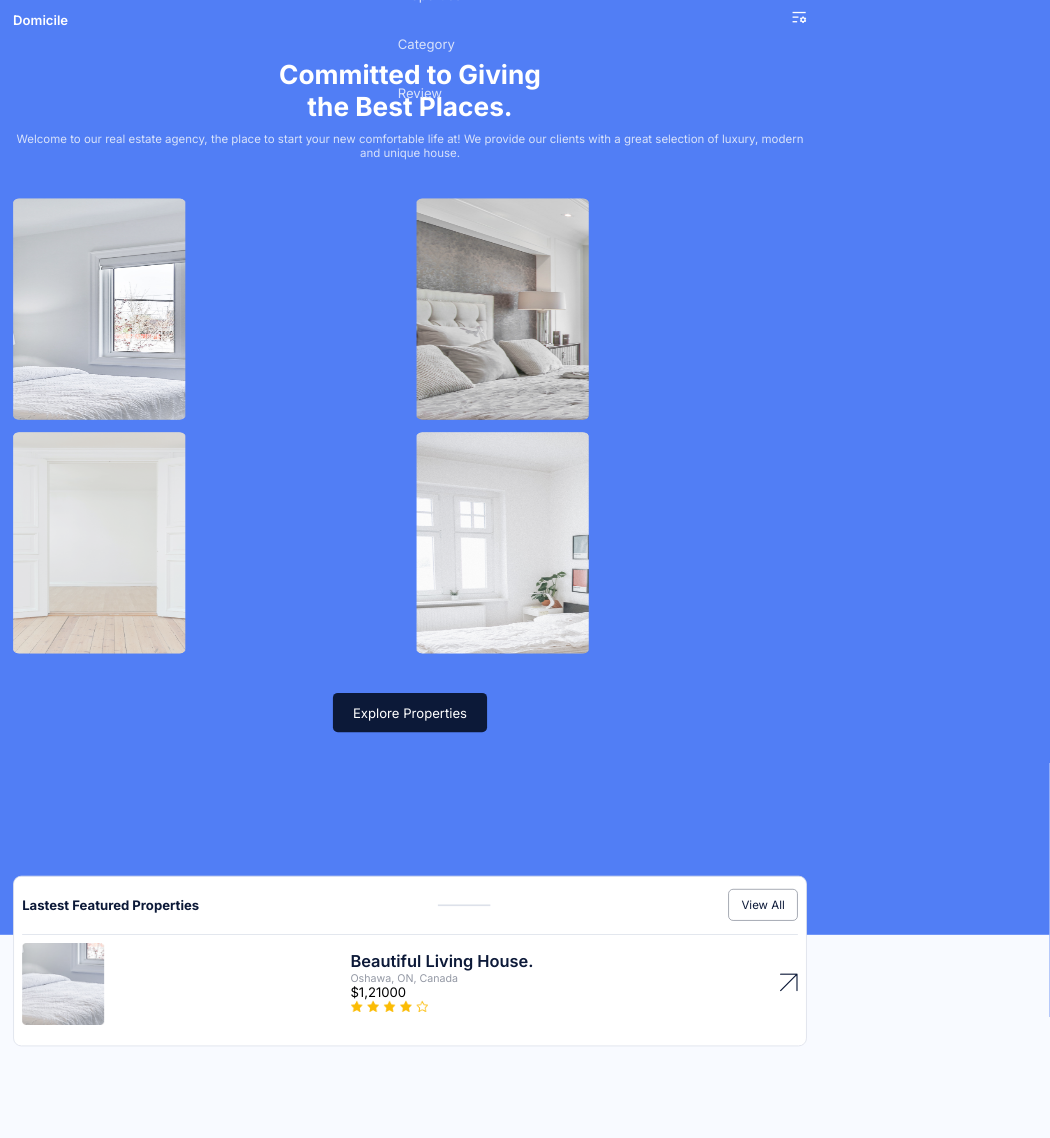
Repository: haokiet2501/domicile-real-estate
Page: index.html
These files come from the project's save history. The page is drawn as it stood at one moment and after the next save; the edit follows.
The browser window is 1280 px wide. The pictures show the whole page, at 82% of full size.
The style sheet was rebuilt from its Sass, Less or Tailwind sources for each picture, by a compiler version that may differ from the author's.

Above is the page before, as saved 2022-06-11 16:22:31.

### index.html
<!DOCTYPE html>
<html lang="en">
<head>
    <meta charset="UTF-8">
    <meta http-equiv="X-UA-Compatible" content="IE=edge">
    <meta name="viewport" content="width=device-width, initial-scale=1.0">
    <link href="https://cdn.jsdelivr.net/npm/remixicon@2.5.0/fonts/remixicon.css" rel="stylesheet">
    <link rel="stylesheet" href="sass/css/styles.css">
    <title>Real Estate Website - Domicile</title>
</head>
<body>
    <header class="header" id="header">
        <nav class="nav container">
            <a href="#" class="nav__logo">Domicile</a>

            <div class="nav__menu" id="nav-menu">
                <ul class="nav__list">
                    <li class="nav__item">
                        <a href="#" class="nav__link active-link">Home</a>
                    </li>
                    <li class="nav__item">
                        <a href="#" class="nav__link">Properties</a>
                    </li>
                    <li class="nav__item">
                        <a href="#" class="nav__link">Category</a>
                    </li>
                    <li class="nav__item">
                        <a href="#" class="nav__link">Review</a>
                    </li>
                </ul>

                <i class="ri-close-line nav__close" id="nav-close"></i>
            </div>

            <div class="nav__toggle" id="nav-toggle">
                <i class="ri-list-settings-line"></i>
            </div>
        </nav>
    </header>

    <main class="main">
        <section class="home section" id="home">
            <div class="home__container container grid">
                <div class="home__data">
                    <h1 class="home__data-subtitle">
                        Committed to Giving<br>the Best Places.
                    </h1>
                    <p class="home__data-title">
                        Welcome to our real estate agency, the place to start your new comfortable life at! We provide our clients with a great selection of luxury, modern and unique house.
                    </p>
                </div>

                <div class="home__images">
                    <img src="imgs/hero-one.png" alt="">
                    <img src="imgs/hero-two.png" alt="">
                    <img src="imgs/hero-three.png" alt="">
                    <img src="imgs/hero-four.png" alt="">
                </div>

                <div class="home__button">
                    <a href="#" class="button">Explore Properties</a>
                </div>
            </div>
        </section>

        <section class="futured" id="futured">
            <div class="futured__container container">
                <div class="futured__properties">
                    <div class="futured__properties-content">
                        Lastest Featured Properties
                    </div>
                    <div class="futured__properties-line"></div>
                    <div class="futured__properties-button">View All</div>
                </div>

                <div class="futured__card">
                    <img class="futured__card-img" src="imgs/future.png" alt="">
                    <div class="futured__card-layouts">
                        <div class="futured__card-text">
                            <span>Beautiful Living House.</span>
                            <p>Oshawa, ON, Canada</p>
                        </div>
                        <div class="futured__card-price">
                            <p>$1,21000</p>
                            <img src="imgs/rating.png" alt="">
                        </div>
                    </div>
                    <div class="futured__card-btnfutured">
                        <svg width="22" height="22" viewBox="0 0 22 22" fill="none" xmlns="http://www.w3.org/2000/svg">
                            <path d="M1 21L21 1M21 1H1M21 1V21" stroke="#0C1938" stroke-width="1.5" stroke-linecap="round" stroke-linejoin="round"/>
                        </svg>
                    </div>
                </div>
            </div>
        </section>
    </main>
    <script src="app.js"></script>
</body>
</html>

### app.js
// Show Menu
const navMenu = document.getElementById('nav-menu'),
    navToggle = document.getElementById('nav-toggle'),
    navClose = document.getElementById('nav-close');

if (navToggle) {
    navToggle.addEventListener('click', () => {
        navMenu.classList.add('show-menu');
    });
}

if(navClose) {
    navClose.addEventListener('click', () => {
        navMenu.classList.remove('show-menu');
    })
}

### sass/styles.scss
@import './base/base';
@import './main/main';

### sass/base/_base.scss
@import url('https://fonts.googleapis.com/css2?family=Inter:wght@400;500;600;700;800;900&display=swap');

* {
    margin: 0;
    padding: 0;
    box-sizing: border-box;
}

html {
    scroll-behavior: smooth;
}

body {
    font-family: 'Inter', sans-serif;
    font-style: normal;
    background: var(--color-main);
}

ul {
    list-style: none;
}

a {
    text-decoration: none;
}

img {
    max-width: 100%;
    height: auto;
}

button, input {
    border: none;
    outline: none;
}

:root {
    --header-height: 3rem;

    --color-main: #F8FAFF;
    --color-bg-header: #517EF5;
    --white-color: #FFFFFF;
    --color-nav: #D8E2FA;
    --color-footer: #0E1935;
    --color-btn: #0C1938;
    --color-title: #9398A4;

    --biggest-font-size: 2.5rem;
    --medium-font-size: 2rem;
    --h1-font-size: 1.5rem;
    --h2-font-size: 1.25rem;
    --h3-font-size: 1rem;
    --normal-font-size: 0.938rem;
    --small-font-size: 0.813rem;
    --smaller-font-size: 0.75rem;

    --font-smaller: 400;
    --font-medium: 500;
    --font-semi-bold: 600;
    --font-semi-big: 700;

     /* Margin Bottom */
    --mb-0-25: 0.25rem;
    --mb-0-5: 0.5rem;
    --mb-0-75: 0.75rem;
    --mb-1: 1rem;
    --mb-1-25: 1.25rem;
    --mb-1-5: 1.5rem;
    --mb-2: 2rem;
    --mb-2-5: 2.5rem;

    --scale-hover: scale(.98);
}

@media screen and (min-width: 968px) {
    :root {
        --biggest-font-size: 4rem;
        --h1-font-size: 2.25rem;
        --h2-font-size: 1.75rem;
        --h3-font-size: 1.25rem;
        --normal-font-size: 1rem;
        --small-font-size: 0.875rem;
        --smaller-font-size: 0.813rem;
    }
}

### sass/main/_main.scss
.header {
    width: 100%;
    position: fixed;
    top: 0;
    left: 0;
    z-index: 100;
    background-color: var(--color-bg-header);
}

.main {
    overflow-x: hidden;
}

.container {
    max-width: 968px;
    margin-left: var(--mb-1);
    margin-right: var(--mb-1);
}

.grid {
    display: grid;
    gap: 1.5rem;
}

.section {
    padding: 4.5rem 0 2.5rem;
}

// NAV
.nav {
    display: flex;
    justify-content: space-between;
    align-items: center;
    height: var(--header-height);

    &__logo,
    &__toggle{
        color: var(--white-color);
    }

    &__logo {
        font-weight: var(--font-semi-bold);
    }

    &__toggle{
        font-size: 1.2rem;
        cursor: pointer;
    }

    &__menu {
        position: relative;

        @media screen and (max-width: 767px){
            position: fixed;
            background-color: var(--color-footer);
            top: 0;
            right: -100%;
            width: 70%;
            height: 100%;
            box-shadow: -1px 0 4px rgba(0, 0, 0, .15);
            padding: 3rem;
            transition: .4s;
        }
    }

    &__list {
        display: flex;
        flex-direction: column;
        row-gap: 2.5rem;
    }

    &__link {
        font-weight: var(--font-smaller);
        color: var(--color-nav);

        &:hover {
            color: var(--white-color);
            transform: var(--scale-hover);
        }
    }

    &__close {
        position: absolute;
        top: .75rem;
        right: 1rem;
        font-size: 1.5rem;
        color: var(--white-color);
        cursor: pointer;
    }
}

// Show menu
.show-menu {
    right: 0;
}

.home {
    background-color: var(--color-bg-header);
    height: calc(165vh - var(--header-height));
    &__container {
        row-gap: 3rem;
    }

    &__data {
        text-align: center;

        &-subtitle {
            color: var(--white-color);
            font-size: var(--medium-font-size);
            font-weight: var(--font-semi-big);
            margin-bottom: 10px;
        }
        &-title {
            color: var(--color-nav);
            font-weight: var(--font-smaller);
            font-size: var(--small-font-size);
        }
    }

    &__images {
        display: grid;
        gap: 15px;
        grid-template-columns: repeat(2, 1fr);

        img {
            width: 210px;
            height: 270px;
            transition: .3s ease-out;

            &:hover {
                transform: var(--scale-hover);
                transition: .3s ease-out;
            }
        }
    }

    &__button {
        display: flex;
        justify-content: center;
        align-items: center;

        .button {
            padding: 14px 24px;
            background-color: var(--color-btn);
            color: var(--white-color);
            border-radius: 6px;
            font-size: var(--normal-font-size);
            transition: .3s ease-out;

            &:hover {
                transform: var(--scale-hover);
                transition: .3s ease-out;
            }
        }
    }
}

.futured {
    position: relative;
    transform: translateY(-4.5rem);
    padding-bottom: 2.5rem;

    &__container {
        background-color: var(--white-color);
        border: 1px solid #DDE1EA;
        border-radius: 10px;
        padding: 15px 10px;
    }

    &__properties {
        display: flex;
        justify-content: space-between;
        align-items: center;
        border-bottom: 1px solid #DDE1EA;
        padding-bottom: 1rem;

        &-content {
            font-weight: var(--font-semi-big);
            color: var(--color-btn);

        }

        &-line {
            width: calc(var(--header-height) + 1rem);
            height: 1px;
            border: 1px solid #DDE1EA;
        }

        &-button {
            border: 1px solid #9398A4;
            padding: 10px 15px;
            border-radius: 6px;
            color: var(--color-btn);
            font-weight: var(--font-smaller);
            font-size: var(--small-font-size);
            transition: .3s ease-out;

            &:hover {
                transform: var(--scale-hover);
                transition: .3s ease-out;
            }
        }
    }

    &__card {
        display: flex;
        justify-content: space-between;
        align-items: center;
        margin: 10px 0;

        &-img {
            width: 100px;
            height: 100px;
        }

        &-text {
            span {
                font-weight: var(--font-semi-bold);
                color: var(--color-btn);
                font-size: var(--h3-font-size);
                padding-bottom: 5px;
            }

            p {
                font-weight: var(--font-smaller);
                color: var(--color-title);
                font-size: var(--smaller-font-size);
            }
        }
    }
}

After the next save:
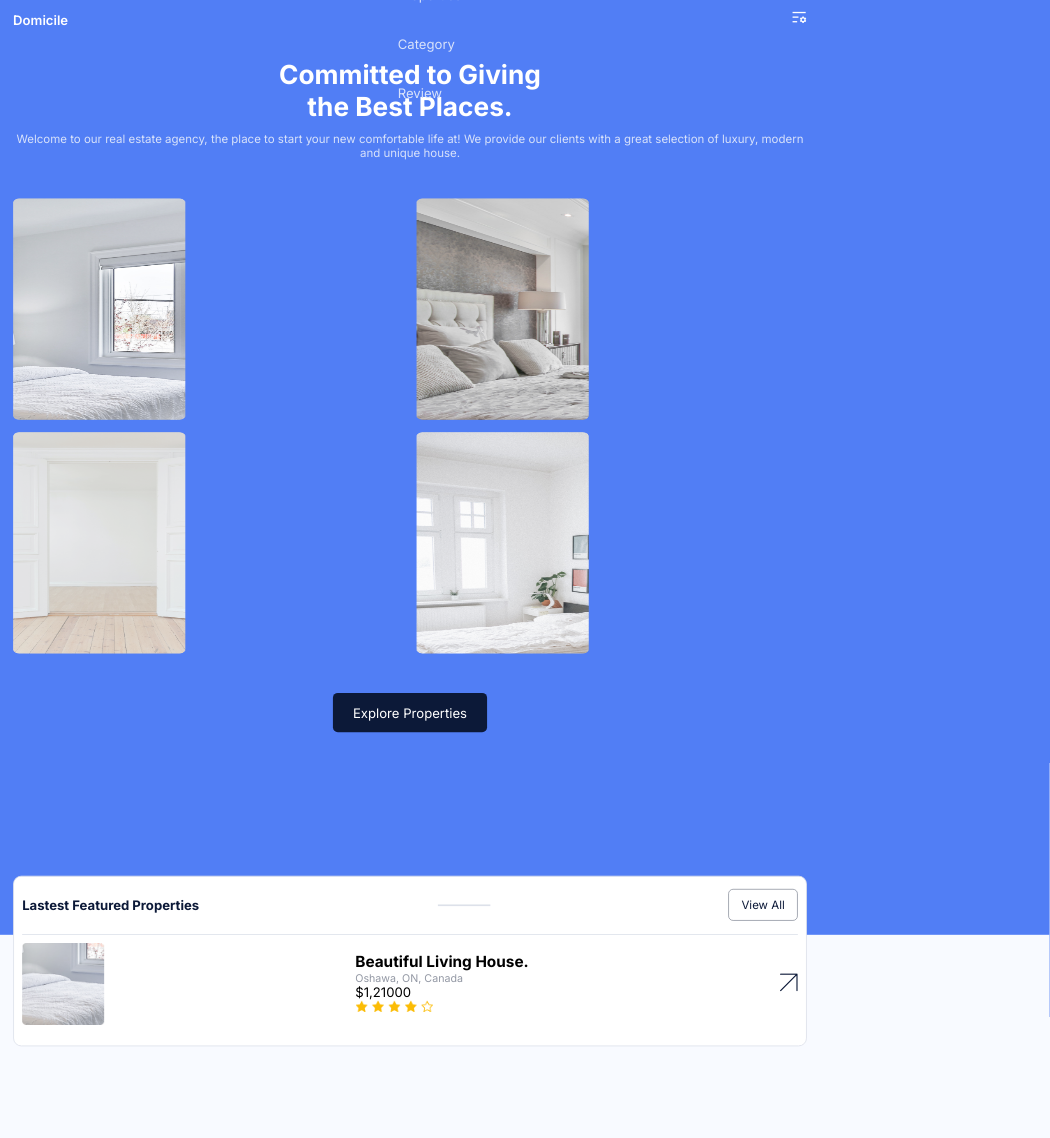
Saved 61 s later.
--- a/index.html
+++ b/index.html
@@ -77,7 +77,7 @@
                     <img class="futured__card-img" src="imgs/future.png" alt="">
                     <div class="futured__card-layouts">
                         <div class="futured__card-text">
-                            <span>Beautiful Living House.</span>
+                            <h3>Beautiful Living House.</h3>
                             <p>Oshawa, ON, Canada</p>
                         </div>
                         <div class="futured__card-price">
